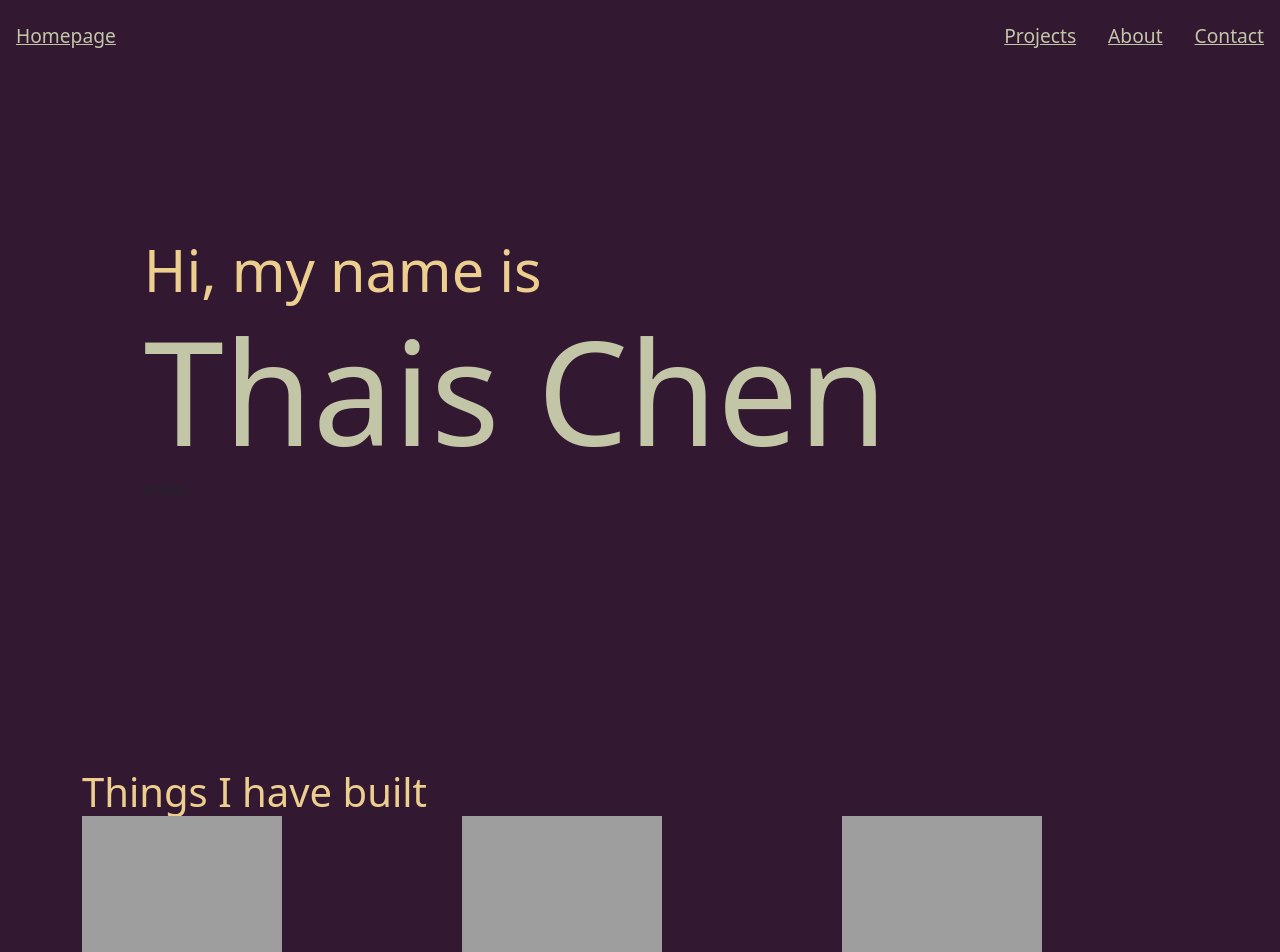
Repository: thais-chen/Portfolio
Page: index.html
These files come from the project's save history. The page is drawn as it stood at one moment and after the next save; the edit follows.
The browser window is 1280 px wide. The pictures show the part of the page from y = 0 to 952 px (the page is 1390 px tall).
Pictures or frames that could not be fetched are drawn as grey boxes.

Above is the page before, as saved 2022-06-17 19:37:43.

After the next save:
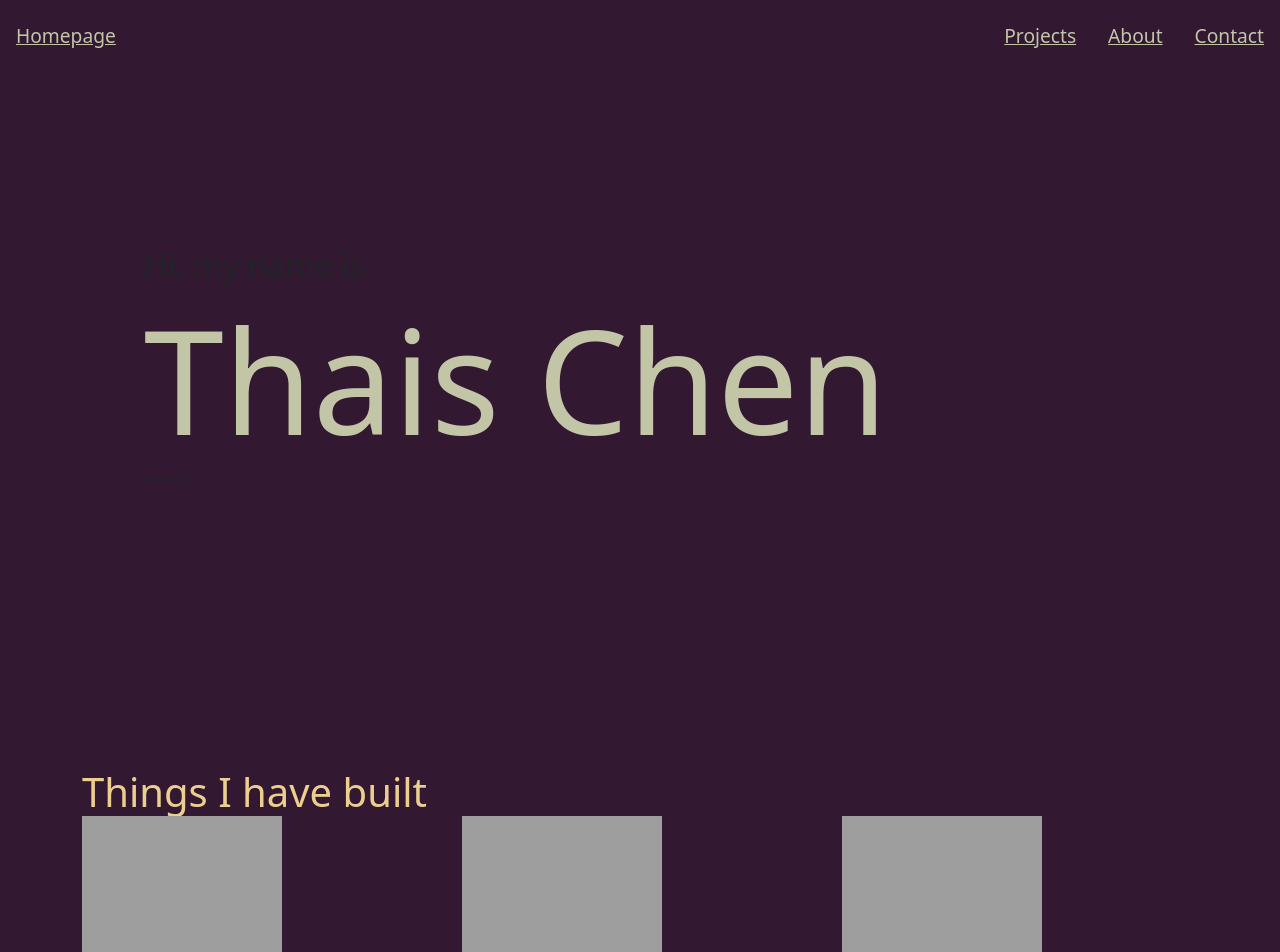
Saved 16 s later.
--- a/index.html
+++ b/index.html
@@ -25,7 +25,7 @@
         <div class="container">
         <section id="intro" class="row align-items-center">
             <div class="col">
-                <h3>Hi, my name is </h3>
+                <h2>Hi, my name is </h2>
                 <h1>Thais Chen</h1>
                 <p>etcetc</p>
             </div>
